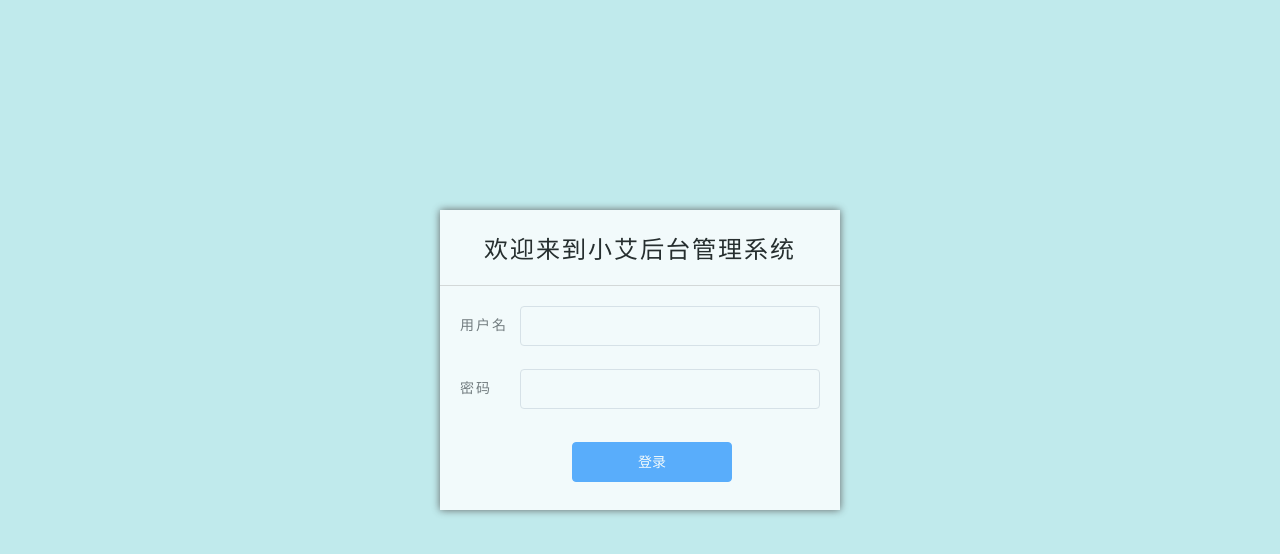
Repository: noob-injoker/router-slots-cw-ee
Page: /
The author's editor kept a copy of each file at every save. The page is drawn from the files as they stood at one save, then again after a run of saves.
The browser window is 1280 px wide. The pictures show the whole page.
The project was rebuilt for these pictures with package versions that can differ from the ones it lists, and the page was loaded fresh each time. Also part of the build but not shown: vue.config.js, src/views/Home.vue, src/components/nav/asideNav.vue, src/components/nav/headerNav.vue, src/views/Layout.vue.

Above is the page before, as saved 2020-08-30 22:10:49.

### src/main.js
import Vue from 'vue'
import App from './App.vue'
import router from './router'
import store from './store'
import './bus'
import ElementUI from 'element-ui'
import 'element-ui/lib/theme-chalk/index.css'

Vue.use(ElementUI)

Vue.config.productionTip = false

new Vue({
  router,
  store,
  render: h => h(App)
}).$mount('#app')

### src/App.vue
<template>
<div id="app">

  <router-view />

</div>
</template>

<style>
@import './styles/styles.scss';
@import './styles/common.scss';
</style>

### src/router/index.js
import Vue from 'vue'
import VueRouter from 'vue-router'
import Home from '../views/Home.vue'
import Layout from '../views/Layout.vue'

Vue.use(VueRouter)

  const routes = [

    {
      path: '/',
      name: 'Layout',
      component: Layout,
      children: [

        {
          path: '',
          name: 'Home',
          component: Home
        }
        // ,
        // {
        //   path: 'cata',
        //   name: 'cata',
        //   component: () => import('../views/cata.vue')
        // }
      ]

    },
    {
      path:'/Login',
      name:"Login",
      component: () => import('../views/Login.vue'),
      meta:{
        title:'登录'
      }
    },
  // ,
  // {
  //   path: '/about',
  //   name: 'About',
  //   // route level code-splitting
  //   // this generates a separate chunk (about.[hash].js) for this route
  //   // which is lazy-loaded when the route is visited.
  //   component: () => import(/* webpackChunkName: "about" */ '../views/About.vue')
  // }

]

const router = new VueRouter({
  mode: 'history',
  base: process.env.BASE_URL,
  routes
})

let whitePath = ['/login']


router.beforeEach( (to, from, next) => {
  let user = localStorage.getItem('adminUser')

  document.title = to.meta.title
  if (whitePath.includes(to.path)) {
    next()
  } else {

    if (user) {
      let isAdmin =  localStorage.getItem('adminUser')
      if (isAdmin) {
        next()
      } else {
        if (whitePathCommon.includes(to.path)) {
          next('/err')
        } else {
          next()
        }
      }
    } else {
      next('/login')
    }
  }
})


export default router

### src/store/index.js
import Vue from 'vue'
import Vuex from 'vuex'
import user from './user/user'

Vue.use(Vuex)

export default new Vuex.Store({
  state: {

  },
  mutations: {

  },
  actions: {

  },
  modules: {
    user
  }
})

### src/bus/index.js
import Vue from 'vue'
const bus = new Vue()
Vue.prototype.$bus = bus

### src/styles/styles.scss
.username .el-form-item__label,.password .el-form-item__label{
    text-align: left;
}
.button-box .el-button--primary{
    width: 160px;
}
.el-menu-box .el-menu{
    border-right: 0px solid white;
}

### src/styles/common.scss
*{
  margin: 0px;
  padding: 0px;
}

.df{
  display: flex;
}
.f-1{
  flex: 1;
}
.j-center{
  display: flex;
  justify-content: center;

}
.j-bettween{
  display: flex;
  justify-content: space-between;

}
.j-around{
  display: flex;
  justify-content: space-around;
}
.j-end{
  display: flex;
  justify-content: flex-end;
}
.a-center{
  align-items: center;
}
.f-column{
  display: flex;
  flex-direction: column;
}
.p-r{
  position: relative;
}
.p-a{
  position: absolute;
}

.r1{
  border: 1px solid red;
}
.y1{
  border: 1px solid yellow;
}
.b1{
  border: 1px solid black;
}

.l-height32{
  line-height: 32px;
}
.w100{

  width: 100%;

}
.t-center{
  text-align: center;

}
.f12{
  font-size: 12px;
}

.w1170{
  width: 1170px;
}
.h100{
  height: 100px;
}
.h70{
  height: 70px;
}
.h436{
  height: 436px;
}
.h350{
  height: 350px;
}
.w1070{
  width: 1070px;
}
.h1590{
  height: 1590px;
}
.h726{
  height: 726px;
}
.w1054{
  width: 1054px;
}
.h160{
  height: 160px;
}
.w732{
  width: 732px;
}
.b2{
  border: 2px solid black;
}
.h434{
  height: 434px;

}
.h600{
  height: 600px;
}
.w1078{
  width: 1078px;
}
.h362{
  height: 362px;
}
.fs16{
  font-size: 16px;
}
.w652{
  width: 652px;

}
.h82{
  height: 82px;
}
.w1064{
  width: 1064px;
}
.h352{
  height: 352px;
}
.w286{
  width: 286px;
}
.h22{
  height: 22px;
}
.w290{
  width: 290px;
}
.h330{
  height: 330px;
}
.mt40{
  margin-top: 40px;
}
.h724{
  height: 724px;
}
.h630{
  height: 630px;

}
.w1058{
  width: 1058px;
}
.h160{
  height: 160px;
}
.w290{
  width: 290px;
}
.w738{
  width: 738px;
}
.w1170{
  width: 1170;
}
.h468{
  height: 468px;
}
.mt20{
  margin-top: 20px;
}
.h318{
  height: 318px;
}
.w652{
  width: 652px;
}
.w370{
  width: 370px;
}
.h314{
  height: 314px;
}
.g1{
  border: 1px solid gray;
}
.w146{
  width: 146px;
}
.box_content3_pic img{
  width: 100%;
  height: 100%;
}
.w488{
  width: 488px;
}
.h420{
  height: 420px;
}
.h234{
  height: 234px;
}
.w950{
  width: 950px;
}
.h68{
  height: 68px;
}
.w124{
  width: 124px;
}
.h50{
  height: 50px;
}
.w190{
  width: 190px;
}
.h44{
  height: 44px;
}
.w184{
  width: 184px;
}
.h32{
  height: 32px;
}
.h400{
  height: 400px;
}
.w1200{
  width: 1200px;
}
.w950{
  width: 950px;

}
.h630{
  height: 630px;
}
.h188{
  height: 188px;
}
.h380{
  height: 380px;
}
.h335{
  height: 335px;
}
.h138{
  height: 138px;
}
.w238{
  width: 238px;
}
.h668{
  height: 668px;
}
.h446{
  height: 446px;
}
.w460{
  width: 460px;
}
.w140{
  width: 140px;
}
.h140{
  height: 140px;
}
.w320{
  width: 320px;
}
.w950{
  width: 950px;

}
.h498{
  height: 498px;
}
.h100{
  height: 100px;
}
.h398{
  height: 398px;
}
.mb10{
  margin-bottom: 10px;
}
.w358{
  width: 358px;
}
.w440{
  width: 440px;
}
.w119{
  width: 119px;
}
.h30{
  height: 30px;
}
.w59{
  width: 59px;
}
.h88{
  height: 88px;
}
.w1000{
  width: 1000px;
}
.height{
  height: 460px;
}
.w120{
  width: 120px;
}
.h70{
  height: 70px;
}
.fs12{
  font-size: 12px;
}
.fs14{
  font-size: 14px;
}
.h509{
  height: 509px;
}
.w644{
  width: 644px;
}
.w274{
  width: 274px;
}
.w162{
  width: 274px;
}
.h104{
  height: 104px;
}
.w450{
  width: 450px;
}
.w162{
  width: 162px;
}
.h38{
  height: 38px;
}
.h40{
  height: 40px;
}
.w276{
  width: 276px;
}
.h320{
  height: 320px;
}
.w274{
  width: 274px;

}
.h76{
  height: 76px;
}
.h84{
  height: 84px;
}
.h140{
  height: 140px;
}
.h72{
  height: 72px;
}
.h80{
  height: 80px;
}
.h140{
  height: 140px;
}
.w98{
  width: 98px;
}
.w172{
  width: 172px;
}
.h310{
  height: 310px;
}
.h150{
  height: 150px;
}
.h40{
  height: 40px;
}
.pr{
  position: relative;
}
.pa{
  position: absolute;
}
.h176{
  height: 176px;
}
.w920{
  width: 920px;
}
.h122{
  height: 122px;
}
.h145{
  height: 145px;
}
.h108{
  height: 108px;
}
.h48{
  height: 48px;
}
.w612{
  width: 612px;
}
.h36{
  height: 36px;
}
.w322{
  width: 322px;
}
.w1002{
  width: 1002px;
}
.h98{
  height: 98px;
}
.h44{
  height: 44px;
}

.h328{
  height: 328px;
}
.w670{
  width: 670px;
}
.w258{
  width: 258px;
}
.h368{
  height: 368px;
}
.h308{
  height: 308px;
}
.w332{
  width: 332px;
}
.h590{
  height: 590px;
}
.h466{
  height: 466px;
}
.w242{
  width: 242px;
}
.w732{
  width: 732px;
}
.h42{
  height: 42px;
}
.w420{
  width: 420px;
}
.w270{
  width: 270px;
}
.w730{
  width: 730px;
}
.h150{
  height: 150px;
}
.w270{
  width: 270px;
}
.h120{
  height: 120px;
}
.w420{
  width: 420px;
}

.h150{
  height: 150px;
}
.w244{
  width: 244px;

}
.h276{
  height: 276px;
}
.h42{
  height: 42px;
}
.h490{
  height: 490px;
}
.f1{
  flex: 1;
}
.f5{
  flex: 5;
}
.h64{
  height: 64px;
}
.m-l-20{
  margin-left: 20px;
}
.p-l-8{

  padding-left: 8px;
}
.cw{
  color: white;
}
.bg_blue{
  background: rgb(87, 87, 128);
}
.p10{
  padding:10px;
}
.m-t-40{
  margin-top: 40px;
}
.m-t-10{
  margin-top: 10px;
}
.wb20{
  width: 20%;
}
.wb24{
  width: 24%;
}
.hb30{
  height: 30%;
}
.h60{
  height: 60px;
}
.fs22{
  font-size: 40px;
}
.h50{
  height: 50px;
}
.w200{
  width: 200px;
}
.m-t-10{
  margin-top: 10px;
}
.fw7{
  font-weight: 700;
}
.w200{
  width: 200px;
}
.h200{
  height: 200px;
}
.h602{
  height: 602px;
}
.h608{
  height: 607px;
}
.m-l-r-20{
  margin-left: 20px;
  margin-right: 20px;
}
.bgwhite{
  background: white;
}
.fixed{
  position: fixed;
}
.m-l-r-15{
  margin-left: 15px;
  margin-right: 15px;
}
.m-l-10{
  margin-left: 10px;
}
.m-t-15{
  margin-top:15px
}
.h40{
  height: 40px;
}
.bgw{
  background: white;
}
.h30{
  height: 30px;
}
.wb100{
  width: 100%;
}
.w300{
  width: 400px;
}
.h40{
  height: 40px;
}
.m-b-20{
  margin-bottom: 20px;
}
.m-t-20{
  margin-top: 20px;
}
.m-r-30{
  margin-right:30px;
}
.ccc{
  display: flex;
  align-items: center;
  justify-content: center;
}
.w00{
  width: 100%;

}
.h00{
  height: 100%;
}
.bgBlue{
  background: blue;
}
.bgBlack{
  background: black;
}
.bgGreen{
  background: green;
}
.w00{
  width: 100%;
}
.h00{
  height: 100%;
}

### src/views/Login.vue
<template>
<div class="box">

  <div class="login-box">
    <div class="title ">欢迎来到小艾后台管理系统</div>
    <div class="line"></div>

    <div class="form-box">
      <!-- el-form盒子得大小是用来调整form表单大小得。
    label-width是用来调整字左边字得盒子长度得，
    button得位置可以通过包裹一个div来控制 -->
      <el-form :model="ruleForm" :rules="rules" ref="ruleForm" label-width="60px" class="demo-ruleForm">

        <div class="username">
          <el-form-item label="用户名" prop="用户名">
            <el-input v-model="ruleForm.username"></el-input>
          </el-form-item>
        </div>

        <div class="password">
          <el-form-item label="密码" prop="密码">
            <el-input type="password" v-model="ruleForm.password"></el-input>
          </el-form-item>
        </div>

        <el-form-item>

          <div class="button-box">
            <el-button type="primary" @click="submitForm('ruleForm')">登录</el-button>
          </div>

        </el-form-item>

      </el-form>
    </div>

  </div>
</div>
</template>

<script>
export default {
  name: '',
  props: {},
  components: {

  },
  data() {
    return {
      ruleForm: {
        username: '',
        password: "",
      },
      rules: {
        username: [{
            required: true,
            message: '请输入用户名',
            trigger: 'blur'
          },
          {
            min: 3,
            max: 5,
            message: '长度在 3 到 5 个字符',
            trigger: 'blur'
          }
        ],
        password: [{
            required: true,
            message: '请输入密码',
            trigger: 'blur'
          },
          {
            min: 3,
            max: 5,
            message: '长度在 3 到 5 个字符',
            trigger: 'blur'
          }
        ]
      }

    }
  },
  methods: {

    submitForm(formName) {
      this.$refs[formName].validate((valid) => {
        if (valid) {
          this.$store.dispatch('user/login', {
            username: this.ruleForm.username,
            password: this.ruleForm.password
          })
          alert('submit!');

        } else {
          console.log('error submit!!');
          return false;
        }
      });
    }

  },
  mounted() {

  },
  watch: {

  },
  computed: {

  }
}
</script>

<style lang="scss" scoped>
//button得盒子可以通过相对定位来控制其位置。
.button-box {

  margin-top: 10px;
  display: flex;
  justify-content: center;
  position: relative;
  left: -6%;

}

.form-box {
  width: 360px;
}

.line {

  text-align: left !important;
  margin: 20px auto;
  width: 100%;
  height: 1px;
  background: rgb(216, 212, 212);

}

.title {

  margin-top: 20px;
  font-size: 24px;

}

.el-input__inner {
  background: white;
}

.box {
  letter-spacing: 2px;
  background: rgb(192, 234, 236);
  width: 100%;
  height: 100%;
  position: absolute;

}

//垂直居中可以通过绝对定位来实现
.login-box {
  position: absolute;
  margin: auto;
  left: 0;
  right: 0;
  top: 0;
  bottom: 0;
  width: 400px;
  height: 300px;
  background: white;
  box-shadow: 0 0 8px rgb(75, 70, 70);
  display: flex;
  flex-direction: column;
  align-items: center;
  opacity: 0.8;

}
</style>

### src/store/user/user.js
import api from '../../http/api'
import router from '../../router'
import { Message } from 'element-ui'

export default {
  // 开启命名空间 这个文件就是单独的一个vuex的模块
  namespaced: true,
  state: {
    menus: []
  },
  mutations: {
    setMenus(state, data) {
      state.menus = data
    }
  },
  actions: {
    // 所有的请求都写在actions里面
    // action里面的方法可以传两个参数 第一个参数是整个store(vuex对象) 第二个参数是请求的参数
    async getMenus({ commit }) {
      let res = await api.getMenus()


      if (res.meta.status === 200) {
        let obj = {
          authName: "首页",
          path:""
        }
        res.data.unshift(obj)
        // 提交mutation
        commit('setMenus', res.data);

        console.log(res.data);

      }
    },
    // async getMenus({commit}){
    //   let res = await api.getMenus()
    // },
    async logOut(){

    },
    async login({ commit }, { username, password }) {
      console.log(commit);
      let res = await api.login({
        username,
        password
      })
      if (res.meta.status === 200) {
        // 存储信息
        localStorage.setItem('adminToken', res.data.token)
        localStorage.setItem('adminUser', JSON.stringify(res.data))
        // 跳转路由
        router.push('')
        // 提示用户
        Message.success('登录成功')
      } else {
        Message.error(res.meta.msg)
      }
    }

  },
}

### src/http/api.js
import service from './index'

export default {
  login({username, password}) {
    return service.post('/login', {
      username,
      password
    })
  },
  getMenus() {
    return service.get('menus')
  }
}

### src/http/index.js
import axios from 'axios'
import nprogress from 'nprogress'
import {Message} from 'element-ui'


// 运行环境: 本地环境:devlpment 和线上(生产)环境: production
const isPro = process.env.NODE_ENV === 'production'

// 创建一个axios的实例
const service = axios.create({
  // 基础路径: 需要根据当前的运行环境来判断
  baseURL: isPro ? '线上的接口路径' : '/api',
  // 超时时间
  timeout: 100000
})


// 请求拦截: 每一次发请求都会做的事情
service.interceptors.request.use((config) => {
  nprogress.start()
  // 前后端鉴权
  // jwt: JSON WEB TOKEN
  // 登录成功之后 后端会返回一个令牌
  let token = localStorage.getItem('adminToken')
  if (token) {
    // 需要在请求头当中添加token
    config.headers['Authorization'] = token
  }
  return config
}, err => {
  nprogress.done()
  return Promise.reject(err)
})


// 响应拦截: 每一次接口返回数据的时候都会做的事情
service.interceptors.response.use((res) => {
  nprogress.done()
  return res.data
}, err => {
  if (err.response && err.response.status) {
    // 错误请求的状态码
    let status = err.response.status
    if (status === 400) {
      Message.error('参数错误')
    }
    if (status === 401) {
      Message.error('登录过期,请重新登录')
    }
    if (status === 403) {
      Message.error('没有权限')
    }
    if (status === 404) {
      Message.error('接口路径错误')
    }
    if (status === 500) {
      Message.error('服务器出错')
    }
    if (status === 503) {
      Message.error('服务器在维护')
    }
  }
  return Promise.reject(err)
})


export default service

Loaded but not shown: public/index.html (common file)

After the next 2 saves:
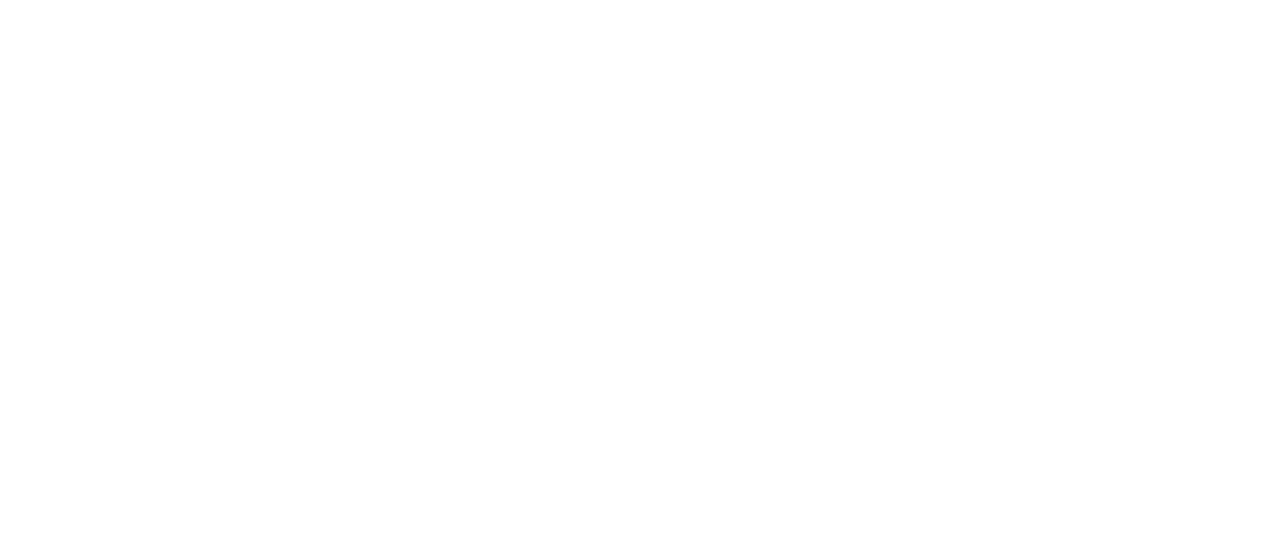
The 2 saves are shown as one change because 1 did not build or start.
The last was saved 52 s later.
--- a/src/router/index.js
+++ b/src/router/index.js
@@ -5,36 +5,36 @@
 
 Vue.use(VueRouter)
 
-  const routes = [
+const routes = [
 
-    {
-      path: '/',
-      name: 'Layout',
-      component: Layout,
-      children: [
+  {
+    path: '/',
+    name: 'Layout',
+    component: Layout,
+    children: [
 
-        {
-          path: '',
-          name: 'Home',
-          component: Home
-        }
-        // ,
-        // {
-        //   path: 'cata',
-        //   name: 'cata',
-        //   component: () => import('../views/cata.vue')
-        // }
-      ]
+      {
+        path: '',
+        name: 'Home',
+        component: Home
+      }
+      // ,
+      // {
+      //   path: 'cata',
+      //   name: 'cata',
+      //   component: () => import('../views/cata.vue')
+      // }
+    ]
 
-    },
-    {
-      path:'/Login',
-      name:"Login",
-      component: () => import('../views/Login.vue'),
-      meta:{
-        title:'登录'
-      }
-    },
+  },
+  {
+    path: '/Login',
+    name: "Login",
+    component: () => import('../views/Login.vue'),
+    meta: {
+      title: '登录'
+    }
+  },
   // ,
   // {
   //   path: '/about',
@@ -56,7 +56,7 @@
 let whitePath = ['/login']
 
 
-router.beforeEach( (to, from, next) => {
+router.beforeEach((to, from, next) => {
   let user = localStorage.getItem('adminUser')
 
   document.title = to.meta.title
@@ -65,20 +65,14 @@
   } else {
 
     if (user) {
-      let isAdmin =  localStorage.getItem('adminUser')
+      let isAdmin = localStorage.getItem('adminUser')
       if (isAdmin) {
         next()
-      } else {
-        if (whitePathCommon.includes(to.path)) {
-          next('/err')
-        } else {
-          next()
-        }
-      }
+
     } else {
       next('/login')
     }
-  }
+  }}
 })
 
 

After the 2 saves that followed:
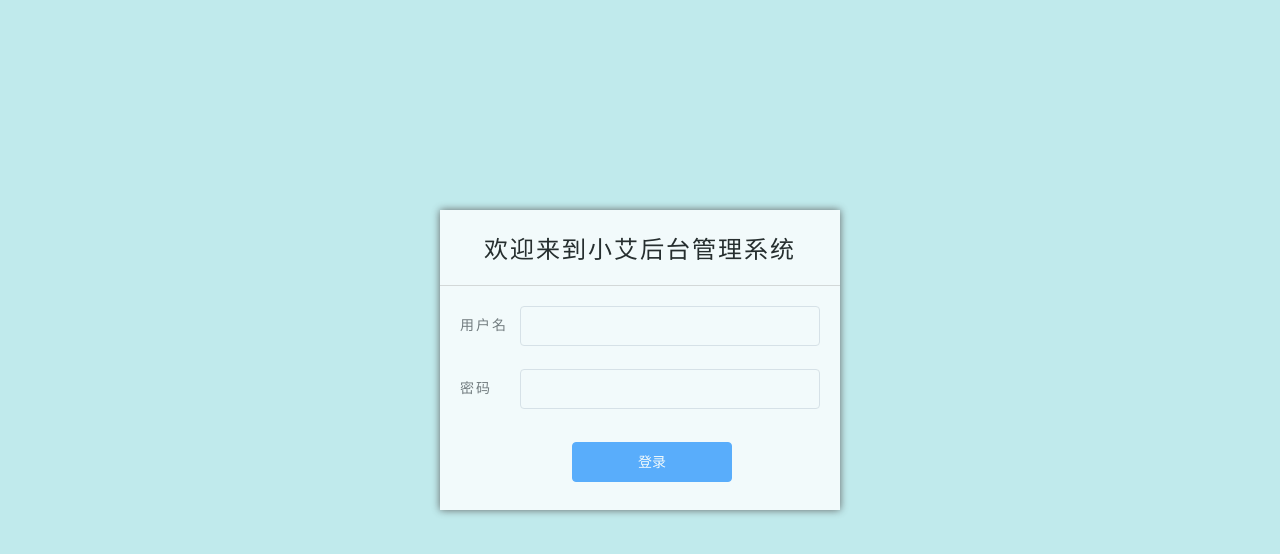
The 2 saves are shown as one change because 1 left the picture as it was.
The last was saved 115 s later.
--- a/src/router/index.js
+++ b/src/router/index.js
@@ -53,7 +53,7 @@
   routes
 })
 
-let whitePath = ['/login']
+let whitePath = ['/Login']
 
 
 router.beforeEach((to, from, next) => {
@@ -65,14 +65,11 @@
   } else {
 
     if (user) {
-      let isAdmin = localStorage.getItem('adminUser')
-      if (isAdmin) {
-        next()
-
-    } else {
-      next('/login')
+      next()
+    }else{
+      next('/Login')
     }
-  }}
+  }
 })
 
 
